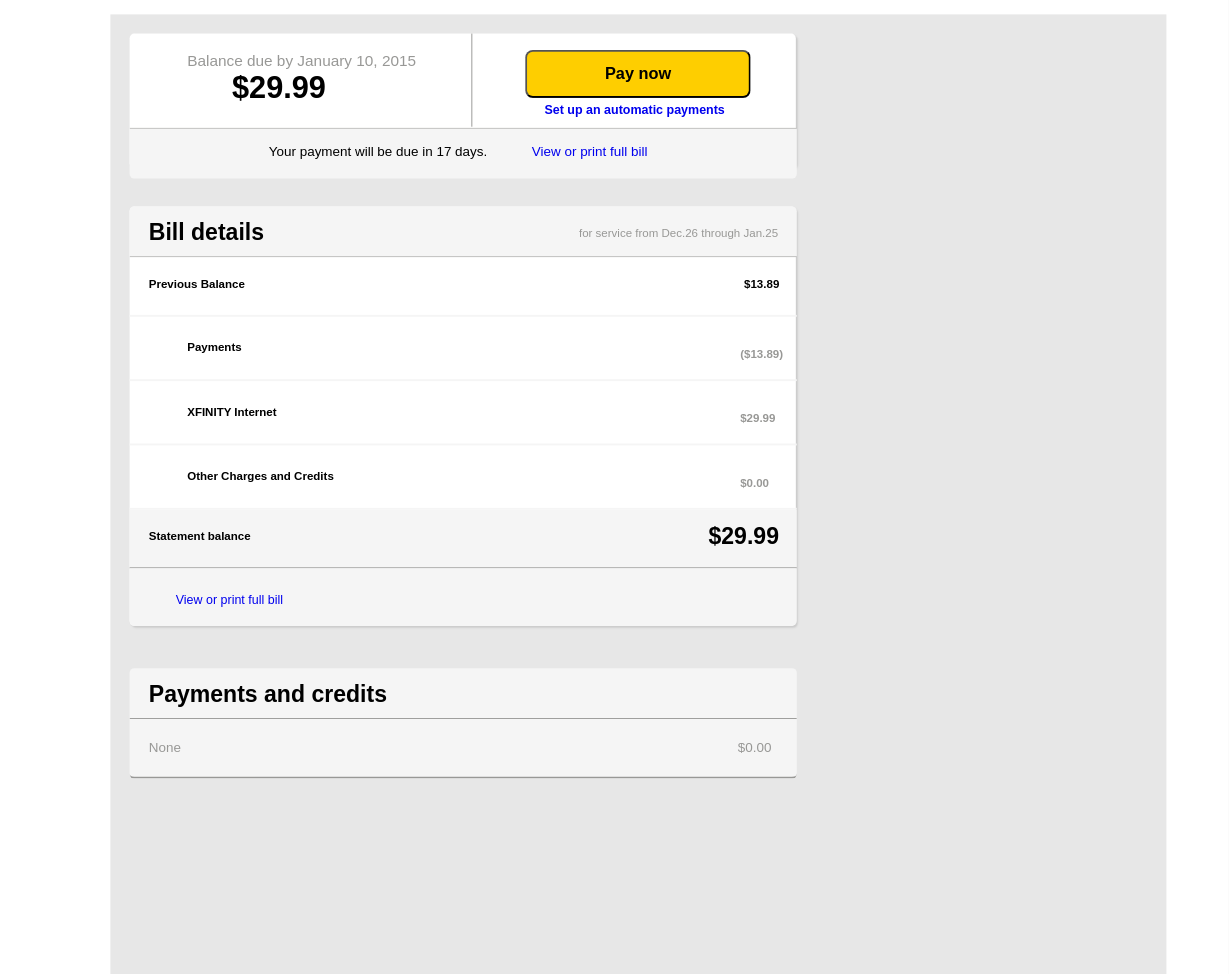
Repository: Sakivaday/UI-TSQ
Page: Aptana Studio 3 Workspace/tsq/assignment3/comcast2.html
These files come from the project's save history. The page is drawn as it stood at one moment and after the next save; the edit follows.
The browser window is 1280 px wide. The pictures show the whole page, at 96% of full size.
Pictures or frames that could not be fetched are drawn as grey boxes.

Above is the page before, as saved 2015-01-22 00:10:09.

After the next save:
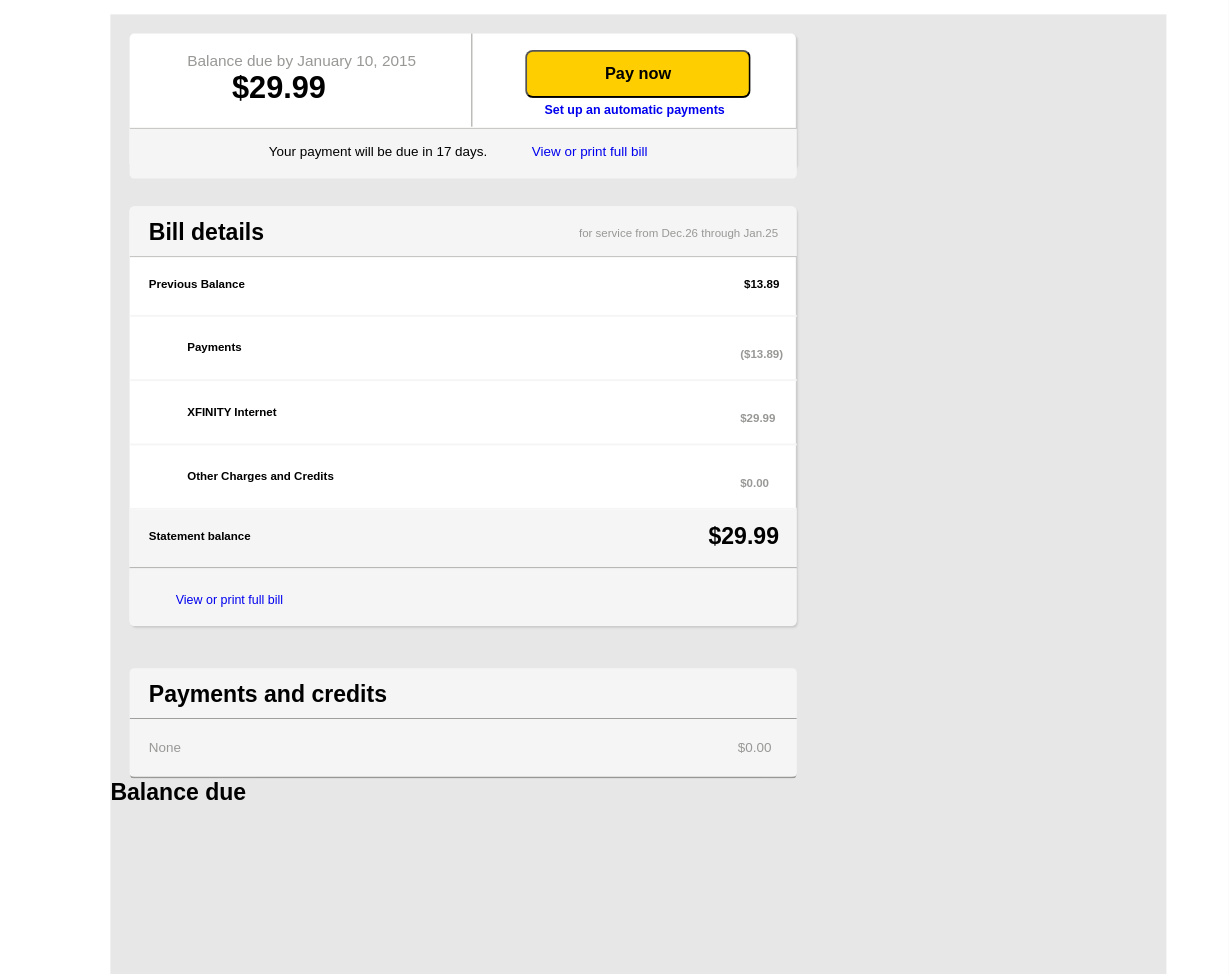
Saved 2 min 1 s later.
--- a/Aptana Studio 3 Workspace/tsq/assignment3/comcast2.html
+++ b/Aptana Studio 3 Workspace/tsq/assignment3/comcast2.html
@@ -72,7 +72,10 @@
 				<p id="no">None</p>
 				<p id="cash">$0.00</p>
 			</div>
-
+		<div class="balance">
+					<h2>Balance due</h2>
+					<div class="questionmark"></div>
+				</div>
 
 
 
